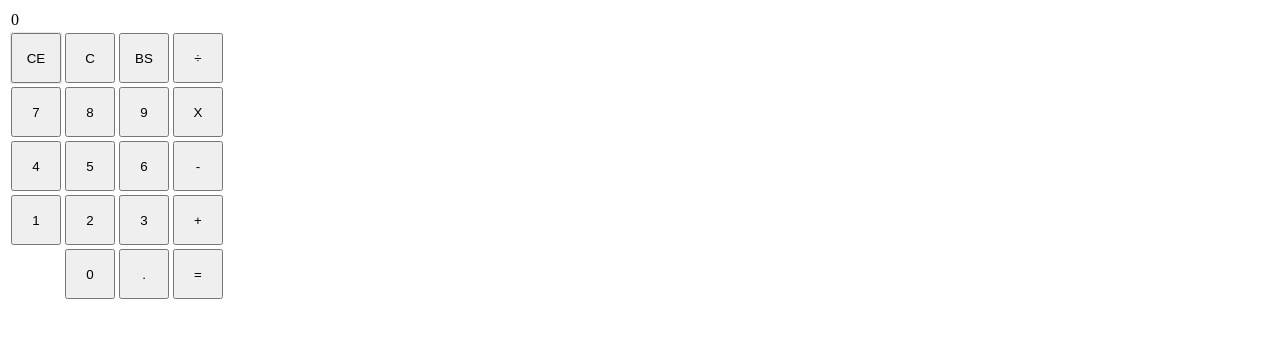
Repository: kwondam/servlet
Page: workspace/JSPPrj/WebContent/calc3.html
These files come from the project's save history. The page is drawn as it stood at one moment and after the next save; the edit follows.
The browser window is 1280 px wide. The pictures show the whole page.

Above is the page before, as saved 2020-03-26 13:20:31.

After the next save:
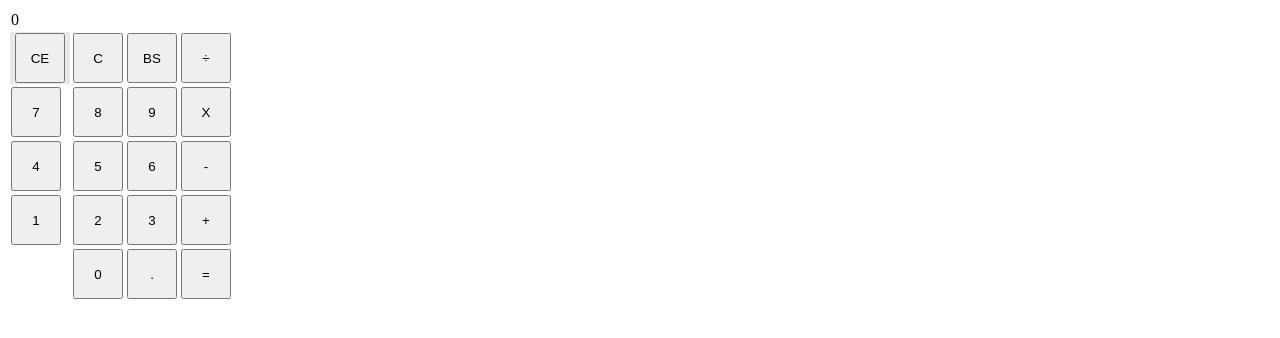
Saved 53 s later.
--- a/workspace/JSPPrj/WebContent/calc3.html
+++ b/workspace/JSPPrj/WebContent/calc3.html
@@ -13,6 +13,8 @@
 	background: #e9e9e9;
 	font-size:24px;
 	font-weight: bold;
+	text-align: right;
+	padding: 0px 5px;
 	}
 </style>
 </head>
